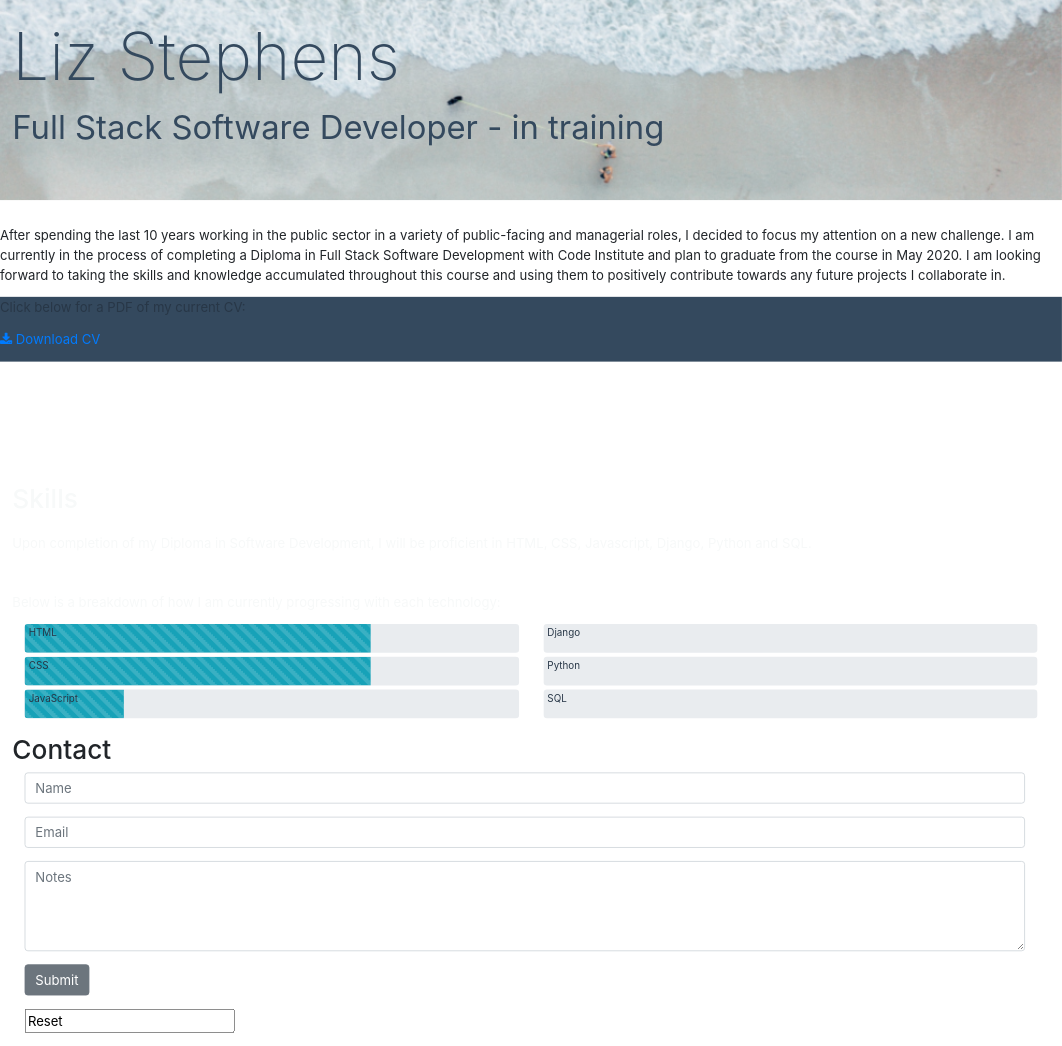
Repository: Liz94688/portfolio-site
Page: index.html
The author's editor kept a record of every edit. The page is drawn from the files as they stood at one moment, then again after the next edit.
The browser window is 1280 px wide. The page is 1295 px wide, so the pictures cover 1295 px, including what lies to the right of the window. The pictures show the whole page, at 82% of full size.

Above is the page before.

After the next edit:
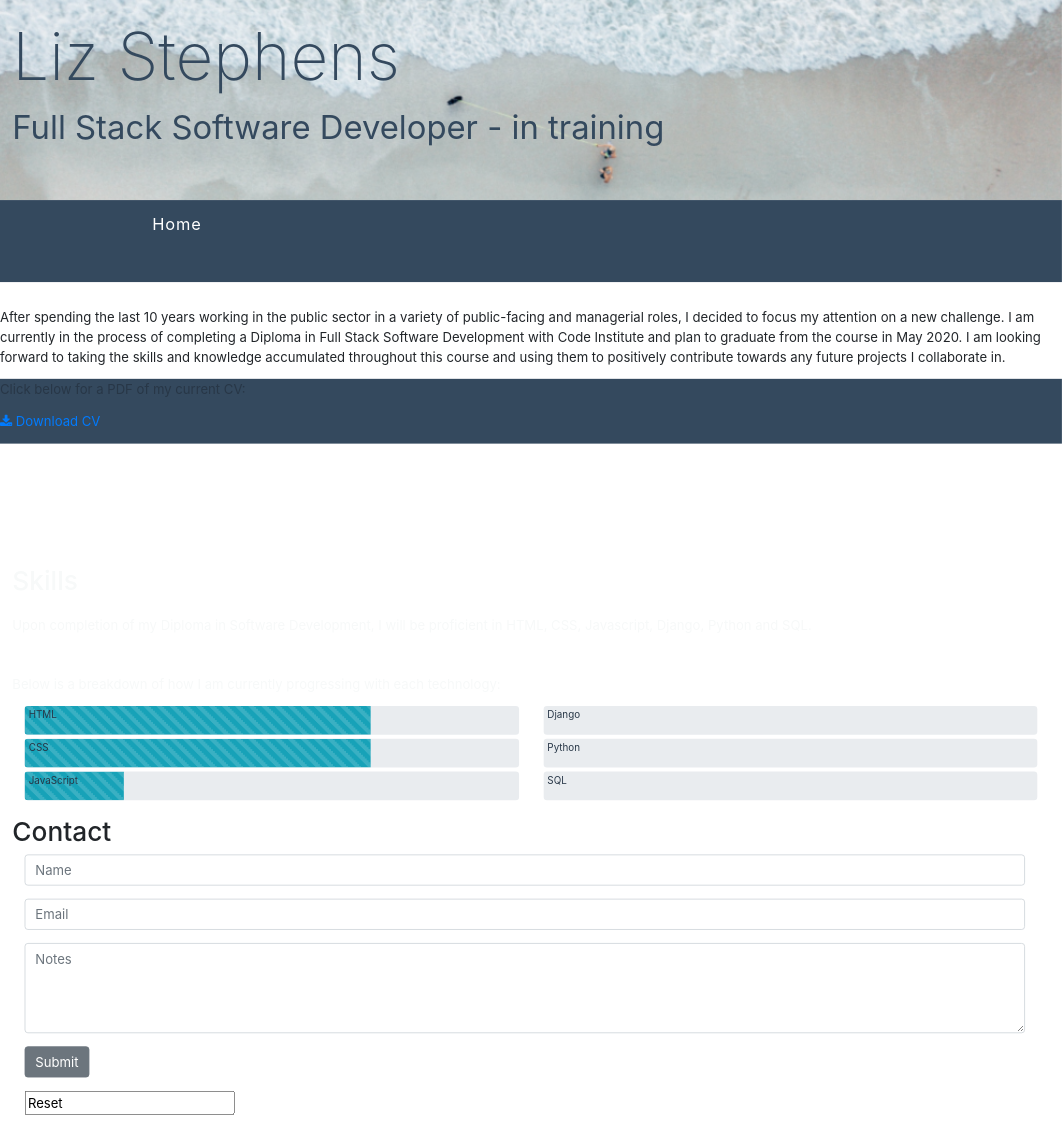
The edit:
--- a/index.html
+++ b/index.html
@@ -23,7 +23,7 @@
         <div class="row header-nav">
             <div class="col">
                 <ul id="nav" class="list-inline header-nav-container">
-                    <li class="col-sm-4 header-nav-color-home list-inline-item">
+                    <li class="col-sm-4 header-nav-color-home header-nav-item list-inline-item">
                         <a href="#"><span>Home</span></a>
                     </li>
                     <li class="col-sm-4 header-nav-color-skills list-inline-item">
